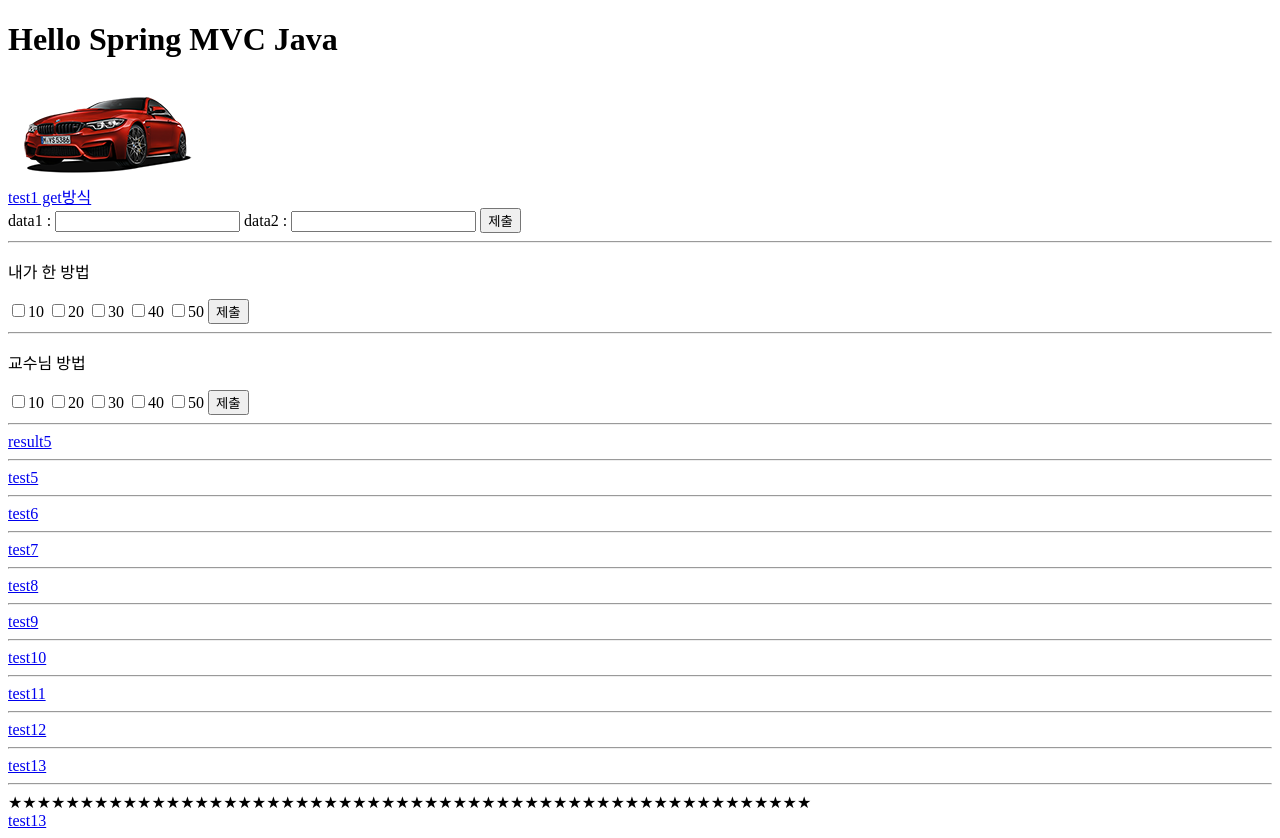
Repository: kangseongwuk/Spring
Page: http://localhost/WebSpringSample3_parameter/WEB-INF/views/index.jsp
An editor plug-in stored every save of this project. The page is shown before and after the next save, followed by the edit.
The browser window is 1280 px wide. The pictures show the whole page.
The page is served by Tomcat 9. Nobody is signed in. Other server files are loaded and not shown. The template is opened directly, without the code that normally fills it, so the values that code supplies are empty.

Above is the page before, as saved 2022-10-11 07:51:13.
Console error: TypeError: Cannot read properties of null (reading 'checked')

### WebSpringSample3_parameter/src/main/webapp/WEB-INF/views/index.jsp
<%@ page language="java" contentType="text/html; charset=UTF-8"
    pageEncoding="UTF-8"%>
<!DOCTYPE html>
<html>
<head>
<meta charset="UTF-8">
<title>Insert title here</title>
<script type="text/javascript">
	if(document.getElementById("data1").checked){
		document.getElementByID("data1_hidden").disabled=true;
	}
	if(document.getElementById("data2").checked){
		document.getElementByID("data2_hidden").disabled=true;
	}
	if(document.getElementById("data3").checked){
		document.getElementByID("data3_hidden").disabled=true;
	}
	if(document.getElementById("data4").checked){
		document.getElementByID("data4_hidden").disabled=true;
	}
	if(document.getElementById("data5").checked){
		document.getElementByID("data5_hidden").disabled=true;
	}
</script>
</head>
<body>
	<h1>Hello Spring MVC Java</h1>
	<img src="image/bmwmodel_205.png"/><br>
	<a href="test1?data1=100&data2=200">test1 get방식</a><br>

	<form action="result2">
		<label>data1 : <input type="text" name=data1></label>
		<label>data2 : <input type="text" name=data2></label>
		<label><input type="submit" value="제출" ></label>
	</form>

	<hr>
	<p>내가 한 방법</p>
	<form action="result3" method="get">
	<input type="checkbox" value="10" name=data1>10
	<input type="hidden" value="0" name=data1 id=data1_hidden/>
	<input type="checkbox" value="20" name=data2>20
	<input type="hidden" value="0" name=data2 id=data2_hidden/>
	<input type="checkbox" value="30" name=data3>30
	<input type="hidden" value="0" name=data3 id=data3_hidden/>
	<input type="checkbox" value="40" name=data4>40
	<input type="hidden" value="0" name=data4 id=data4_hidden/>
	<input type="checkbox" value="50" name=data5>50
	<input type="hidden" value="0" name=data5 id=data5_hidden/>
	<input type="submit" value="제출">
	</form>
	<hr>
	<p>교수님 방법</p>
	<form action="result4" method="get">
	<input type="checkbox" value="10" name=data_3>10
	<input type="checkbox" value="20" name=data_3>20
	<input type="checkbox" value="30" name=data_3>30
	<input type="checkbox" value="40" name=data_3>40
	<input type="checkbox" value="50" name=data_3>50
	<input type="submit" value="제출">
	</form>
	<hr>
	<a href="result5?data1=100&data2=200&data3=300&data4=400&data5=500">result5</a>
	<hr>
	<a href="test5/100/200/300/400/500">test5</a>
	<hr>
	<a href="test6?data1=100&data2=200&data3=300&data4=400&data5=500">test6</a>
	<hr>
	<a href="test7?data1=100&data2=200&data3=300&data4=400&data5=500">test7</a>
	<hr>
	<a href="test8?data1=100&data2=200&data3=300">test8</a>
	<hr>
	<a href="test9?data1=100&data2=200&data3=300">test9</a>
	<hr>
	<a href="test10?data1=100&data2=200&data3=300">test10</a>
	<hr>
	<a href="test11?data1=100&data2=200&data3=300">test11</a>
	<hr>
	<a href="test12?data1=100&data2=200&data3=300">test12</a>
	<hr>
	<a href="test13?data1=100&data2=200&data2=300&data2=400">test13</a>
	<hr>
	<span>★★★★★★★★★★★★★★★★★★★★★★★★★★★★★★★★★★★★★★★★★★★★★★★★★★★★★★★★</span><br>
	<a href="test13?data1=100&data2=200&data2=300&data2=400">test13</a>



</body>
</html>

<!--
.요청 방식 지정하기

Spring MVC 는 요청 주소별로 메서드를 정의할 수도 있지만 같은 요청 주소에서 요청 방식에 따라 메서드를 정의할 수도 있습니다.
GET, POST, PUT, DELELTE, PATCH 에 대해 처리할 수 있습니다.

@RequestMapping
RequestMapping 어노테이션은 요청 주소 셋팅 뿐만 아니라 요청 방식도 설정할 수 있습니다.

@RequestMapping(value = "/test1", method = RequestMethod.GET)
public String test1() {
	return "test1";
}

요청 어노테이션

RequestMapping 대신 요청별로 제공되는 어노테이션을 사용할 수도 있습니다.
@GetMapping("/test4")
public String test4() {
	return "test4";
}

@PostMapping("/test5")
public String test5() {
	return "test5";
}


동시에 설정하기

RequestMapping은 요청 방식들을 동시에 설정할 수 있습니다.

@RequestMapping(value = "/test7", method = {RequestMethod.GET, RequestMethod.POST})
public String test7() {
	return "test7";
}
 -->


<!--
 Parameter 추출하기
-------------------------
클라이언트 요청 발생 시 전달하는 파라미터 데이터를 손쉽게 주입 받을 수 있도록 다양한 방식을 제공하고 있습니다.
Spring MVC는 Servlet/JSP 처럼 요청 방식에 따라 파라미터 추출하는 방식이 달라지지는 않습니다.

 - HttpServletRequest 사용하기
 1) Spring MVC는 필요한 객체나 데이터는 주입을 받아 사용하게 됩니다.
 2) Servlet/JSP에서 파라미터 데이터를 추출할 때 HttpServletRequest request 객체를 통하게 되는데
    Spring MVC에서 이 객체를 주입 받아 사용할 수 있습니다.
 3) 파라미터 추출 뿐만 아니라 HttpServletRequest 객체가 필요할 경우 사용하면 됩니다.

	@GetMapping("/test1")
	public String test1(HttpServletRequest request) {

	String data1 = request.getParameter("data1");
	String data2 = request.getParameter("data2");
	String [] data3 = request.getParameterValues("data3");

				… 생략
	}


 - WebRequest 사용하기
   WebRequest는 HttpServletRequest 클래스를 확장한 클래스입니다.

  @GetMapping("/test3")
   public String test3(WebRequest request) {

   String data1 = request.getParameter("data1");
   String data2 = request.getParameter("data2");
   String [] data3 = request.getParameterValues("data3");

   				 …생략…
   }


 - @PathVariable
     데이터가 요청 주소에 있을 경우 값을 주입 받을 수 있는 어노테이션입니다.
   Restful API 서버 프로그래밍시 많이 사용하는 방식입니다.
            데이터1/2/3
      요청주소/값1/값2/값3

	형 변환
	@GetMapping("/test4/{data1}/{data2}/{data3}")
	public String test4(@PathVariable int data1,
					    @PathVariable int data2,
			 			@PathVariable int data3) {
			 	.........
	}

- @RequestParam
	1) 파라미터 데이터를 직접 주입 받을 수 있습니다.
	2) 지정된 변수의 이름과 파라미터의 이름이 같을 경우 값을 주입 받습니다.
	3) 가능한 경우 형 변환도 처리해줍니다.
	4) value : 파라미터의 이름과 변수의 이름이 다를 경우 파라미터 이름을 지정합니다.
	5) required : false를 설정하면 지정된 이름의 파라미터가 없을 경우 null이 주입되고,
		있으면 넘어온 값으로 됩니다.(문자인 경우)
	6) (defaultValue = "0")설정하면 기본값으로 설정되고,  있으면 넘어온 값으로 됩니다.

	@GetMapping("/test7")
	public String test7(@RequestParam(value = "data1") String value1,
			  @RequestParam(value = "data2", required = false) String value2,
			  @RequestParam(value = "data3", defaultValue = "default") String value3) {

			  ..........
	 }

 -->

<!--
★★★★★★★★★★★★★★★★★★★★★★★★★★★★★★★★★★★★★★★★★★★★★★★★★★★★★★★★★★★★★★★★★★
★★★★★★★★★★★★★★★★★★★★★★★★★★★★★★★★★★★★★★★★★★★★★★★★★★★★★★★★★★★★★★★★★★
★★★★★★★★★★★★★★★★★★★★★★★★★★★★★★★★★★★★★★★★★★★★★★★★★★★★★★★★★★★★★★★★★★
★★★★★★★★★★★★★★★★★★★★★★★★★★★★★★★★★★★★★★★★★★★★★★★★★★★★★★★★★★★★★★★★★★
객체로 파라미터 주입받기
-----------------------------
 - Map으로 주입 받기
 1) 클라이언트가 전달 하는 모든 파라미터 데이터를 한번에 Map으로 받을 수 있습니다.
 2) 단, 동일 명으로 전달되는 2개 이상의 파라미터는 하나만 담기게 됩니다.
 3) 동일명으로 전달되는 파라미터가 2개 이상이라면 List로 주입 받아야 합니다.

  public String test1(@RequestParam Map<String, String> map,
		  @RequestParam List<String> data3) {

	}

 - @ModelAttribute
  1) ModelAttribute 어노테이션을 사용하면 파라미터를 객체로 주입받을 수 있습니다.
  2) 전달되는 파라미터의 이름과 동일한 프로퍼티에 자동으로 주입됩니다.
  3) 이 어노테이션은 생략이 가능합니다. 이러한 객체를 커맨드 객체(Command Object)라고 부릅니다.

  public String test2(@ModelAttribute DataBean1 bean1,
		      @ModelAttribute DataBean2 bean2) {

  } -->

After the next save:
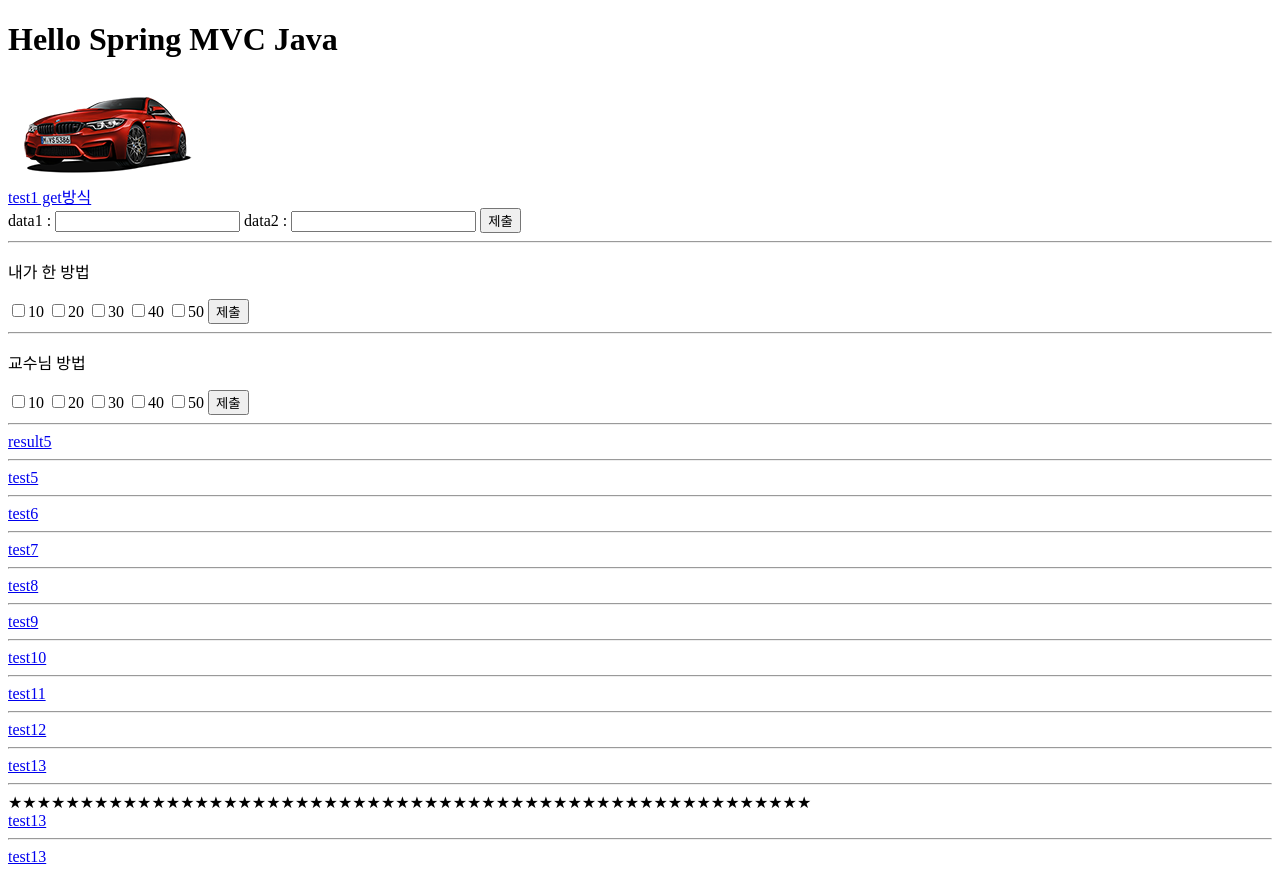
Saved 60 s later.
--- a/WebSpringSample3_parameter/src/main/webapp/WEB-INF/views/index.jsp
+++ b/WebSpringSample3_parameter/src/main/webapp/WEB-INF/views/index.jsp
@@ -82,6 +82,9 @@
 	<hr>
 	<span>★★★★★★★★★★★★★★★★★★★★★★★★★★★★★★★★★★★★★★★★★★★★★★★★★★★★★★★★</span><br>
 	<a href="test13?data1=100&data2=200&data2=300&data2=400">test13</a>
+	<hr>
+	<a href="test13?data1=100&data2=200&data2=300&data2=400">test13</a>
+
 
 
 
